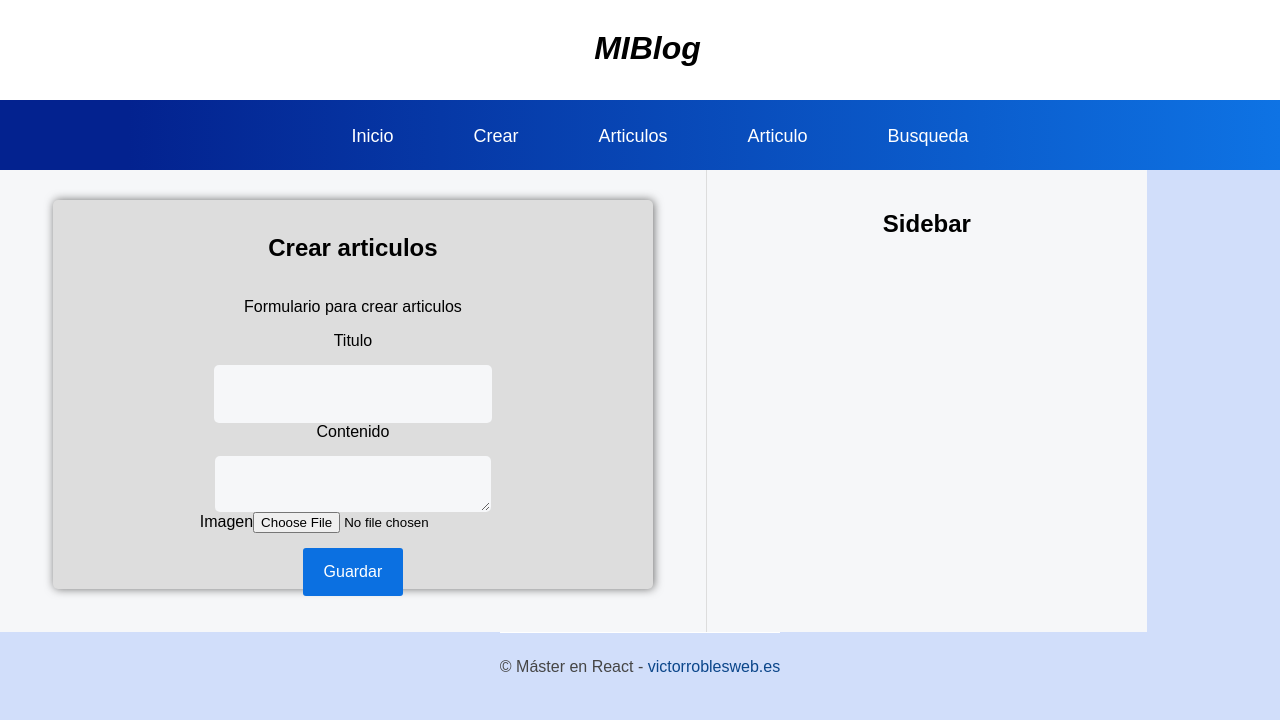
Repository: DamianBermudez94/frondEnd-blog
Page: /crear
An editor plug-in stored every save of this project. The page is shown before and after the next save, followed by the edit.
The browser window is 1280 px wide. The pictures show the whole page.
The project was rebuilt for these pictures with package versions that can differ from the ones it lists, and the page was loaded fresh each time. Also part of the build but not shown: vite.config.js, src/components/pages/Inicio.jsx, src/components/pages/Busqueda.jsx, src/helper/Global.jsx, src/helper/Peticion.jsx, src/components/pages/Listado.jsx, src/components/pages/Articulos.jsx, src/components/pages/Articulo.jsx.

Above is the page before, as saved 2023-08-14 19:27:25.

After the next save:
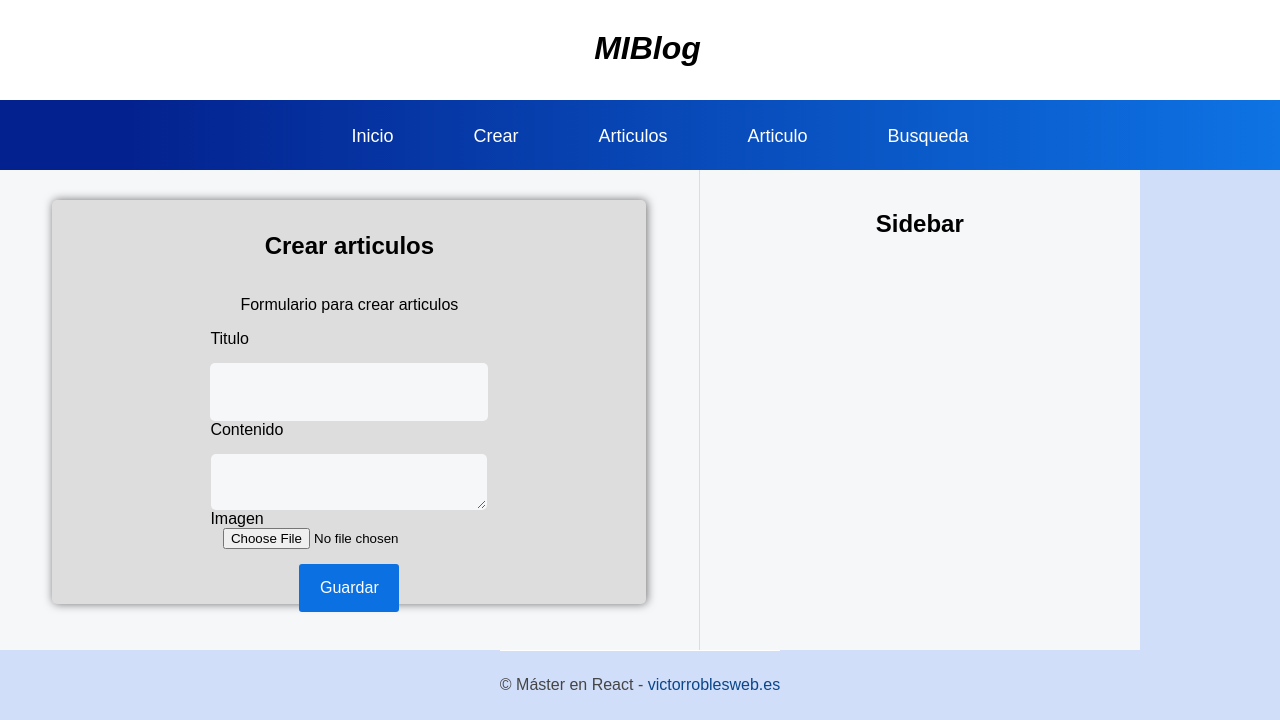
Saved 11 s later.
--- a/src/index.css
+++ b/src/index.css
@@ -284,9 +284,7 @@ textarea
  margin-top: 0;
 }
 .grup-form label{
-  margin: 0 auto;
-  margin-top: 0;
-  max-width: 200px;
+ display: block;
   text-align: left;
 }
 /*ESTILOS PARA EL PIE DE PÁGINA*/
